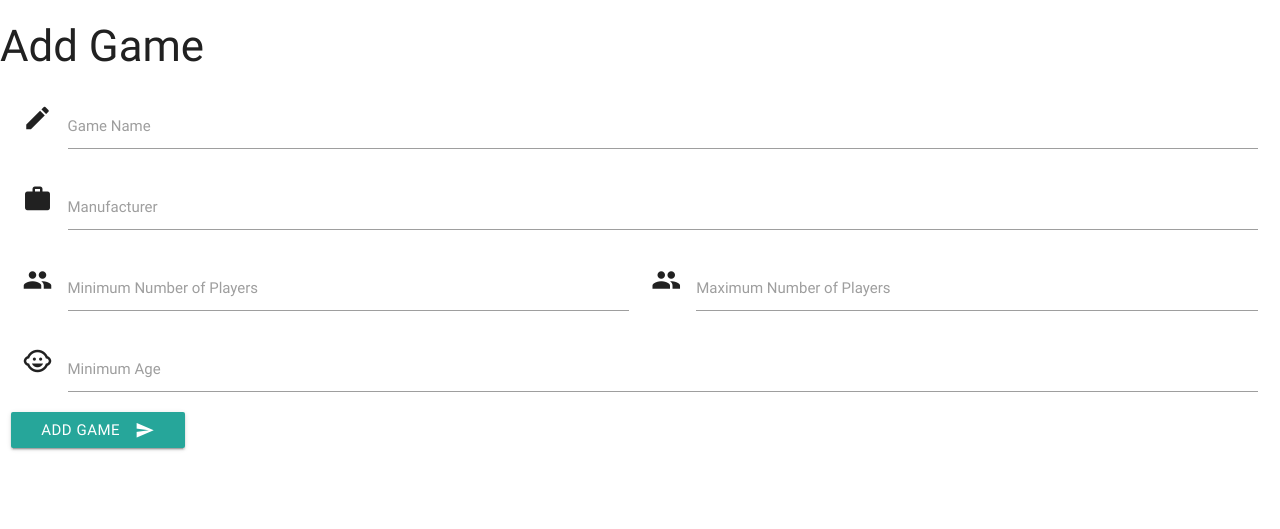
Repository: arcorco/dcd-milestone
Page: http://localhost/add_game
The author's editor kept a record of every edit. The page is drawn from the files as they stood at one moment, then again after the next edit.
The browser window is 1280 px wide. The pictures show the whole page.
Some web libraries are served in a nearby version. The page is served by the project's application, run on Flask 3 (app.py).

Above is the page before.

### templates/addgame.html
{% extends 'base.html'%} {% block content %}

<h3>Add Game</h3>
<div class="row">
  <form action="{{url_for('insert_game')}}" method="POST" class="col s12">
    <div class="row">
      <div class="input-field col s12">
        <i class="material-icons prefix">create</i>
        <input id="game_name" name="game_name" type="text" class="validate">
        <label for="game_name">Game Name</label>
      </div>
      <div class="input-field col s12">
        <i class="material-icons prefix">work</i>
        <input id="manufacturer" name="manufacturer" type="text" class="validate">
        <label for="manufacturer">Manufacturer</label>
      </div>
      <div class="input-field col s6">
        <i class="material-icons prefix">group</i>
        <input name="number_of_players_min" id="number_of_players_min" type="text" class="validate">
        <label for="number_of_players_min">Minimum Number of Players</label>
      </div>
      <div class="input-field col s6">
        <i class="material-icons prefix">group</i>
        <input id="number_of_players_max" name="number_of_players_max" type="text" class="validate">
        <label for="number_of_players_max">Maximum Number of Players</label>
      </div>
      <div class="input-field col s12">
        <i class="material-icons prefix">child_care</i>
        <input id="age_range" name="age_range" type="text" class="validate">
        <label for="age_range">Minimum Age</label>
      </div>
      <div class="row">
        <button class="btn waves-effect waves-light" type="submit">Add Game
    <i class="material-icons right">send</i>
  </button>
      </div>
    </div>
  </form>
</div>

{% endblock %}

### templates/base.html
<!DOCTYPE html>
<html>

<head>
    <link href="https://fonts.googleapis.com/icon?family=Material+Icons" rel="stylesheet">
    <link rel="stylesheet" href="https://cdnjs.cloudflare.com/ajax/libs/materialize/0.100.2/css/materialize.min.css">
    <link rel="stylesheet" type="text/css" href="//cdn.jsdelivr.net/npm/slick-carousel@1.8.1/slick/slick.css" />
    <link rel="stylesheet" href="{{url_for('static', filename='css/style.css')}}" type="text/css"/>
</head>

<body>
    {% block content %} {% endblock %}

    <script src="https://cdnjs.cloudflare.com/ajax/libs/jquery/3.2.1/jquery.min.js"></script>
    <script src="https://cdnjs.cloudflare.com/ajax/libs/materialize/0.100.2/js/materialize.min.js"></script>
    <script type="text/javascript" src="//cdn.jsdelivr.net/npm/slick-carousel@1.8.1/slick/slick.min.js"></script>
    <script type="text/javascript">
        $(document).ready(function() {
            $('.game-carousel').slick({
            });
        });
    </script>
</body>

</html>

### app.py
import os
from flask import Flask, render_template, redirect, request, url_for
from flask_pymongo import PyMongo
from bson.objectid import ObjectId

app = Flask(__name__)

app.config["MONGO_DNAME"] = 'game_review'
app.config["MONGO_URI"] = 'mongodb+srv://first_user:WG9zKqgDwfDTHNa@myfirstcluster-74ub4.mongodb.net/game_review?retryWrites=true&w=majority'
#environment variable for username and password

mongo = PyMongo(app)

@app.route('/')
@app.route('/get_games')
def get_games():
    return render_template('games.html', games=mongo.db.games.find())

@app.route('/add_game')
def add_game():
    return render_template('addgame.html')

@app.route('/insert_game', methods=['POST'])
def insert_game():
    games = mongo.db.games
    new_game = request.form.to_dict()
    min_players = new_game.get("number_of_players_min")
    max_players = new_game.get("number_of_players_max")
    min_age = new_game.get("age_range")
    age = "%s+" % min_age
    players = "%s-%s" % (min_players, max_players)
    new_game.update( {'number_of_players' : players} )
    new_game.update( {'age_range' : age} )
    new_game.pop('number_of_players_min')
    new_game.pop('number_of_players_max')

    games.insert_one(new_game)
    return redirect(url_for('get_games'))

if __name__ == "__main__":
    app.run(host=os.environ.get('IP'),
            port=int(os.environ.get('PORT')),
            debug=True)

Loaded but not shown: static/css/style.css (common file)

After the next edit:
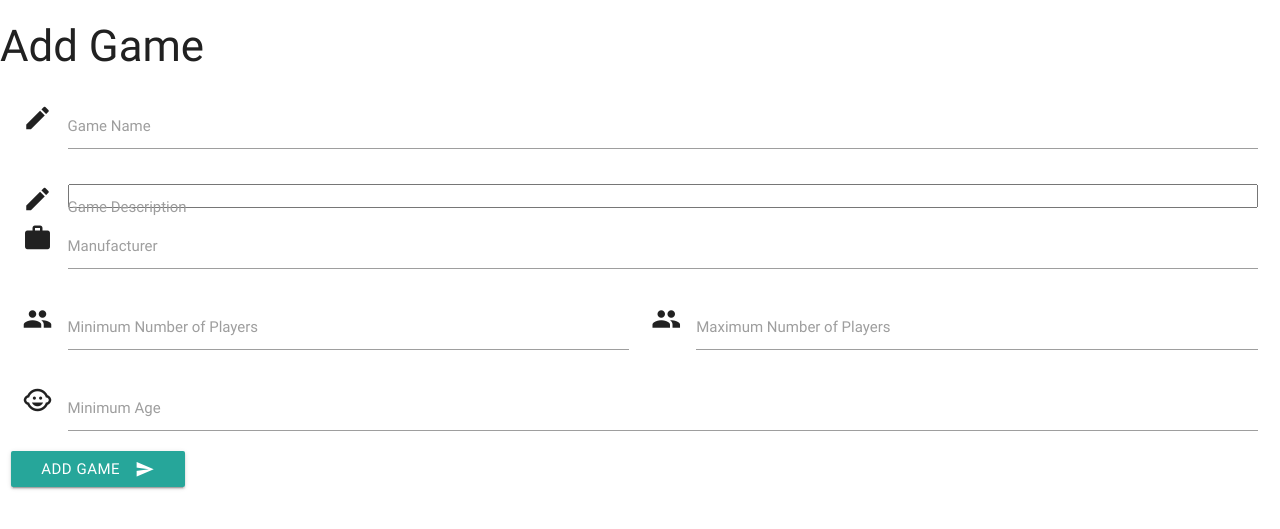
The edit:
--- a/templates/addgame.html
+++ b/templates/addgame.html
@@ -8,6 +8,11 @@
         <i class="material-icons prefix">create</i>
         <input id="game_name" name="game_name" type="text" class="validate">
         <label for="game_name">Game Name</label>
+      </div>
+      <div class="input-field col s12">
+        <i class="material-icons prefix">create</i>
+        <input id="game_description" name="game_description" type="textarea" class="validate">
+        <label for="game_description">Game Description</label>
       </div>
       <div class="input-field col s12">
         <i class="material-icons prefix">work</i>
